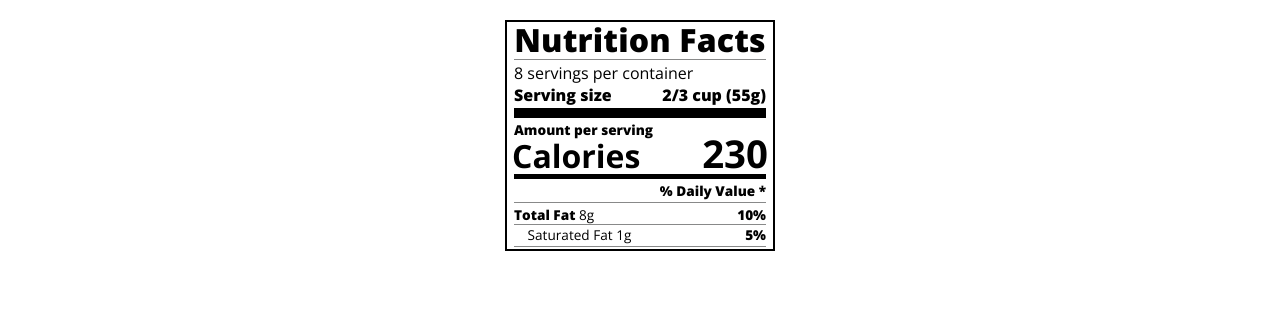
Repository: AimenDje/NutritionLabel
Page: index.html
An editor plug-in stored every save of this project. The page is shown before and after the next save, followed by the edit.
The browser window is 1280 px wide. The pictures show the whole page.

Above is the page before, as saved 2025-08-30 22:59:04.

### index.html
<!DOCTYPE html>
<html lang="en">

<head>
  <meta charset="UTF-8">
  <title>Nutrition Label</title>
  <link rel="stylesheet" href="https://fonts.googleapis.com/css?family=Open+Sans:400,700,800">
  <link rel="stylesheet" href="styles.css">

</head>

<body>
  <div class="label">
    <header>
      <h1 class="bold">Nutrition Facts</h1>
      <div class="divider"></div>
      <p>8 servings per container</p>
      <p class="bold">Serving size <span>2/3 cup (55g)</span></p>
    </header>
    <div class="divider large"> </div>
     <div class="calories-info">
      <div class="left-container">
        <h2 class="bold small-text">Amount per serving</h2>
        <p> Calories</p>
      </div>
      <span> 230 </span>
    </div>
    <div class="divider medium"></div>
    <div class="daily-value small-text">
      <p class="bold right no-divider" >% Daily Value *</p>
      <div class="divider"></div>
      <p><span><span class="bold">Total Fat</span> 8g</span> <span class="bold">10%</span></p>
      <p class="indent no-divider" >Saturated Fat 1g <span class="bold">5%</span></p>
      <div class="divider"></div>
    </div>
  </div>
  </div>
</body>
</html>

### styles.css
*{
  box-sizing: border-box;
}

body{
  font-family:"Open Sans", sans-serif;
}

html{
  font-size:16px;
}

.label {
  border: 2px solid black;
  width: 270px;
  margin: 20px auto;
  padding : 0 7px;
}

header h1 {
  text-align: center;
  margin : -4px 0;
  letter-spacing : 0.15px;
}

p{
  margin : 0;
  display:flex;
  justify-content: space-between;
}

.divider{
  border-bottom: 1px solid #888989;
  margin : 2px 0;
}

.bold{
  font-weight: 800;
}

.large{
  height:10px;

}
.large, .medium{
  background-color:black;
  border:0;
}

.small-text{
  font-size: 0.85rem;
}

.calories-info h2{
  margin:0;
}

.calories-info{
  display:flex;
  justify-content:space-between;
  align-items:flex-end;
}

.left-container p{
  margin:-5px -2px;
  font-size: 2em;
  font-weight:700;
}

.calories-info span {
  font-size: 2.4em;
  font-weight: 700;
  margin : -7px -2px;
}

.medium{
  height:5px;
}

.right{
  justify-content: flex-end ;
}

.indent{
  margin-left:1em;
}

.daily-value p:not(.no-divider) {
  border-bottom: 1px solid #888989;
}

After the next save:
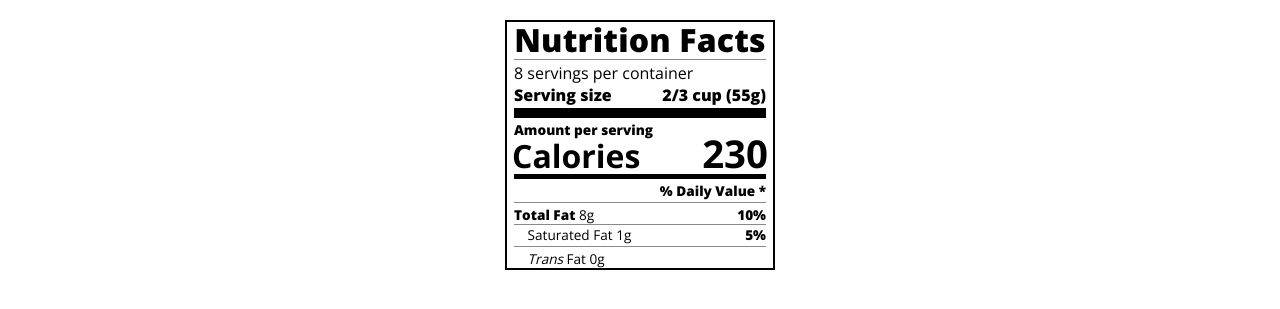
Saved 3 min 55 s later.
--- a/index.html
+++ b/index.html
@@ -32,6 +32,7 @@
       <p><span><span class="bold">Total Fat</span> 8g</span> <span class="bold">10%</span></p>
       <p class="indent no-divider" >Saturated Fat 1g <span class="bold">5%</span></p>
       <div class="divider"></div>
+      <p class="indent no-divider"><span><i>Trans</i> Fat 0g</span></p>
     </div>
   </div>
   </div>
